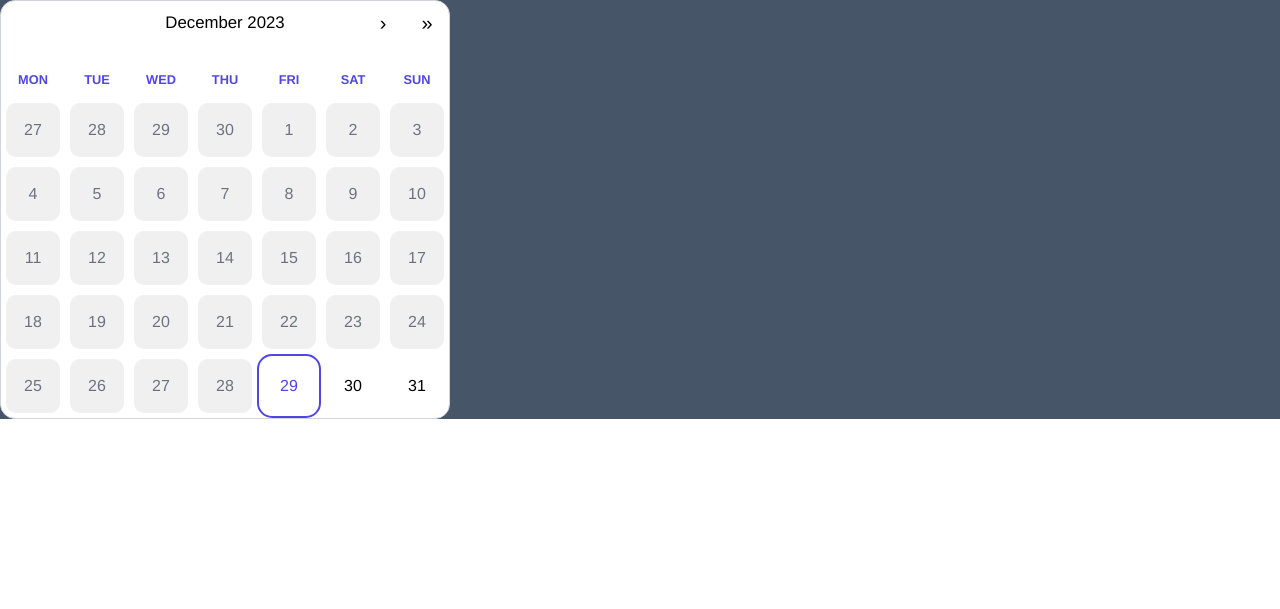
Repository: ImedBousakhria/appointment_system_prototype
Page: /
The author's editor kept a copy of each file at every save. The page is drawn from the files as they stood at one save, then again after the next save.
The browser window is 1280 px wide. The pictures show the whole page.
The project was rebuilt for these pictures with package versions that can differ from the ones it lists, and the page was loaded fresh each time. Also part of the build but not shown: vite.config.js.

Above is the page before, as saved 2023-12-30 00:30:19.

After the next save:
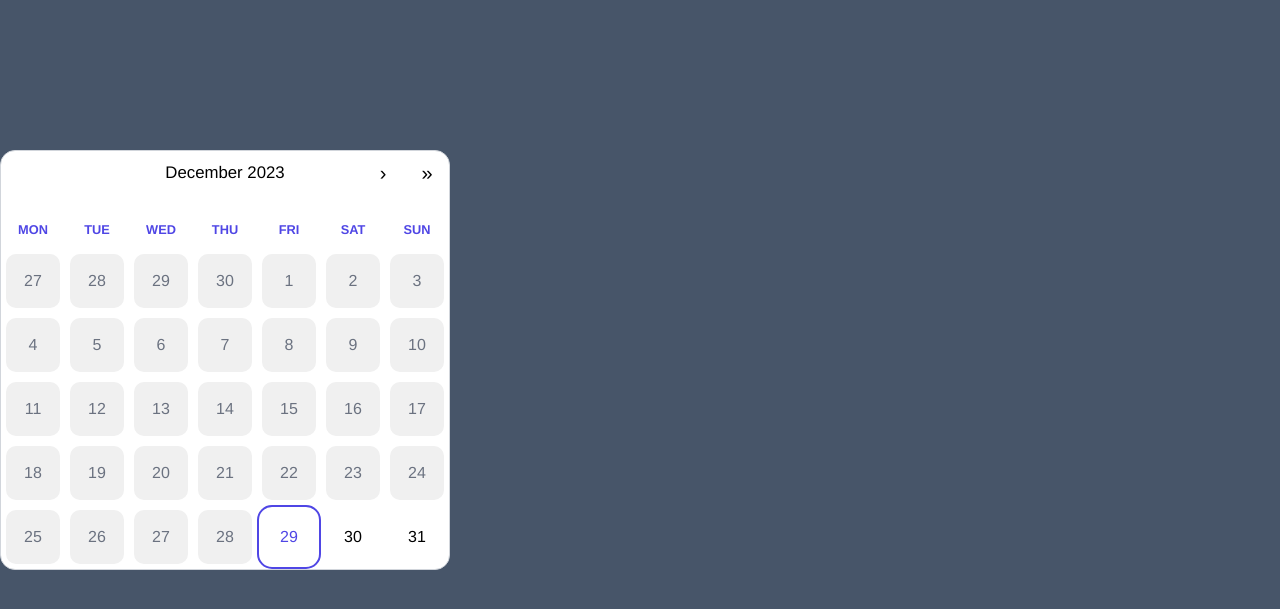
Saved 8 s later.
--- a/src/App.jsx
+++ b/src/App.jsx
@@ -24,7 +24,7 @@ function App() {
   };
   const times = getTimes();
   return (
-    <div className=" bg-slate-600 flex gap-6 items-center">
+    <div className=" bg-slate-600 flex gap-6 items-center h-screen">
       <ReactCalendar
         minDate={new Date()}
         className="REACT-CALENDAR"
